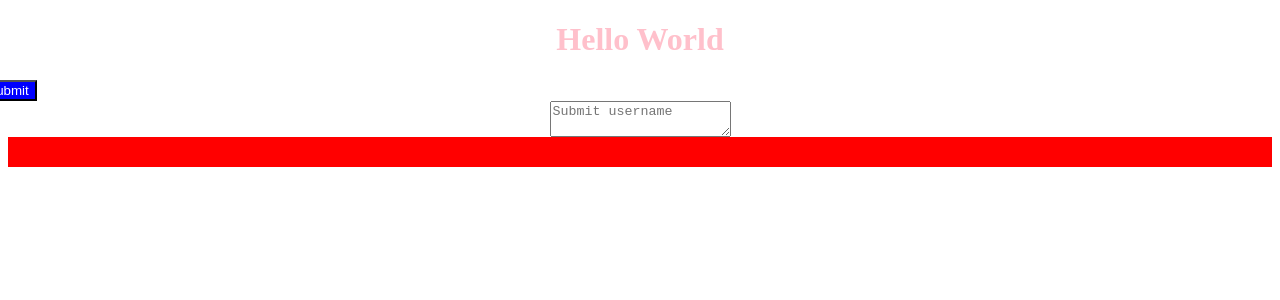
Repository: Flamemaster921/Feature-Showcase
Page: Index/firstPage/Website.html
The author's editor kept a copy of each file at every save. The page is drawn from the files as they stood at one save, then again after the next save.
The browser window is 1280 px wide. The pictures show the whole page.

Above is the page before, as saved 2025-12-15 12:32:58.

After the next save:
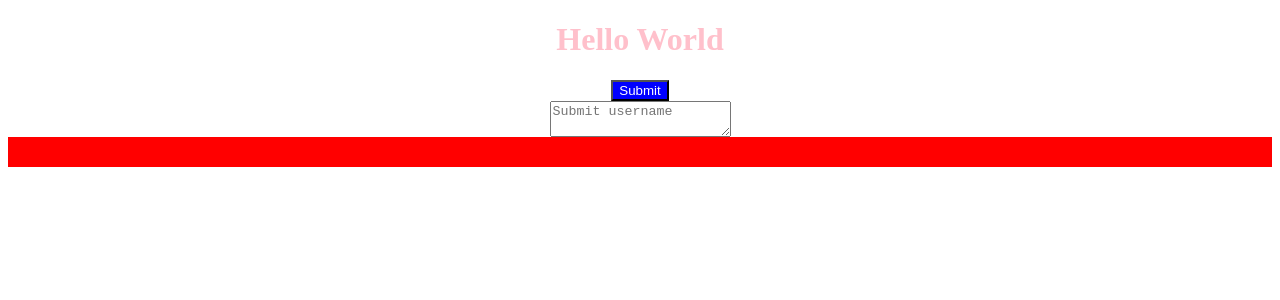
Saved 8 s later.
--- a/Index/firstPage/Design.css
+++ b/Index/firstPage/Design.css
@@ -11,7 +11,7 @@
     color: white;
 
     position: relative;
-    left: -50%;
+    left: 0%;
     top: auto;
     display: block;
     margin: 0 auto;
